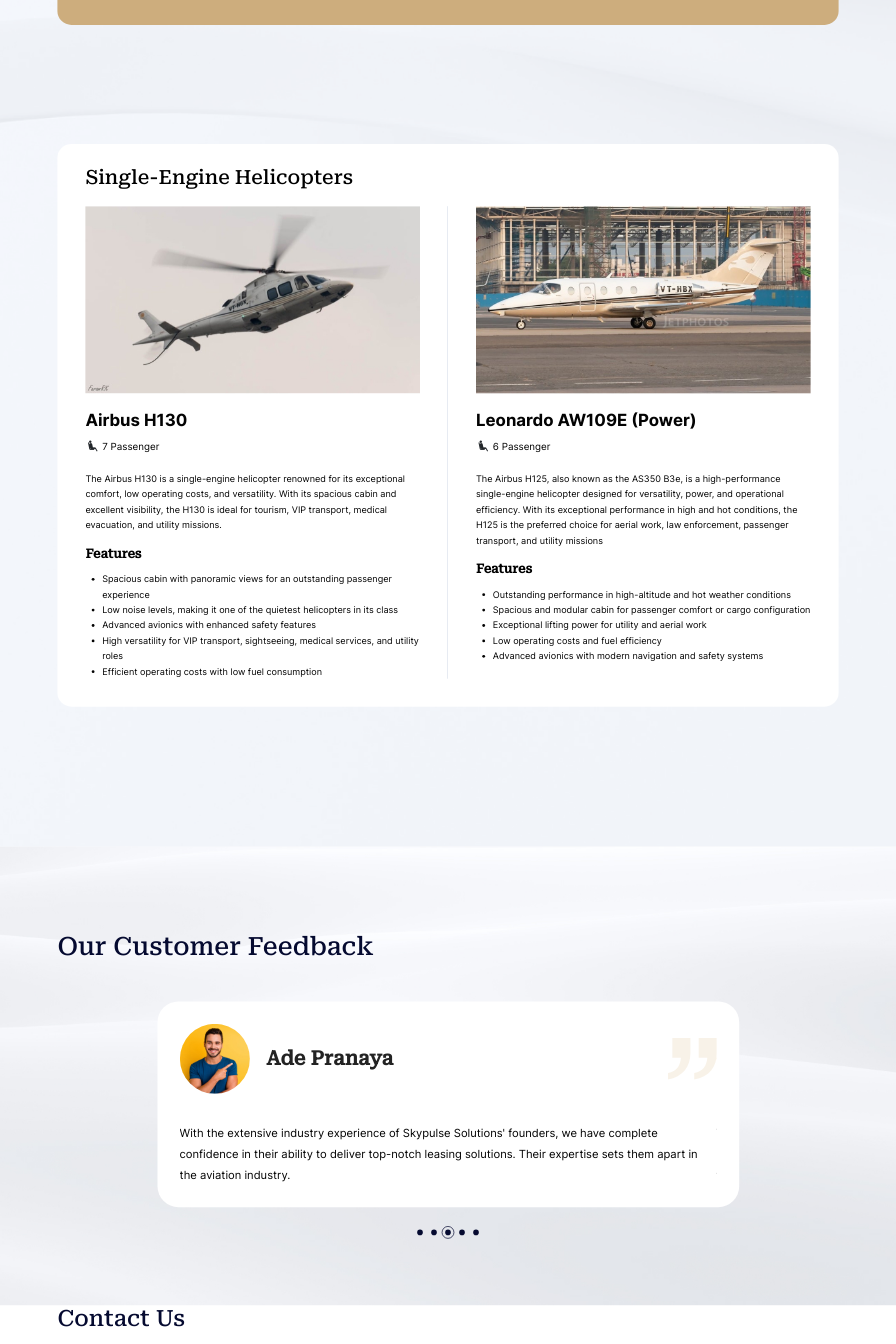
Repository: mangalravi/SkyPulse
Page: index.html
The author's editor kept a copy of each file at every save. The page is drawn from the files as they stood at one save, then again after a run of saves.
The browser window is 1280 px wide. The pictures show the part of the page from y = 4011 to 5931 px (the page is 5931 px tall), at 70% of full size.

Above is the page before, as saved 2024-12-30 14:19:10.

### index.html
<!DOCTYPE html>
<html lang="en">
  <head>
    <meta charset="UTF-8" />
    <meta name="viewport" content="width=device-width, initial-scale=1.0" />
    <title>SkyPluse</title>
    <link rel="icon" href="content/images/favicon.png" type="image/x-icon" />
    <link
      rel="stylesheet"
      type="text/css"
      href="content/bootstrap/css/bootstrap.min.css"
    />
    <link rel="stylesheet" type="text/css" href="content/css/font-family.css" />
    <link rel="stylesheet" type="text/css" href="content/css/Icon.css" />
    <link
      rel="stylesheet"
      type="text/css"
      href="content/lib/slick/css/slick.min.css"
    />
    <link rel="stylesheet" type="text/css" href="content/css/custom.css" />
  </head>
  <body>
    <header class="nvbrhdr position-fixed w-100">

      <nav class="navbar navbar-expand-lg bg-body-tertiary p-0">
        <div class="container-fluid container-lg">
          <a class="navbar-brand m-0 p-0" href="#">
            <img src="content/images/logo.png" alt="logo">
          </a>
          <button class="navbar-toggler" type="button" data-bs-toggle="collapse" data-bs-target="#navbarSupportedContent" aria-controls="navbarSupportedContent" aria-expanded="false" aria-label="Toggle navigation">
            <span class="navbar-toggler-icon"></span>
          </button>
          <div class="collapse navbar-collapse" id="navbarSupportedContent">
            <ul class="navbar-nav ms-auto mb-2 mb-lg-0">
              <li class="nav-item">
                <a class="nav-link active ps-0" aria-current="page" href="#">Home</a>
              </li>
              <li class="nav-item">
                <a class="nav-link" href="#">Who we are</a>
              </li>

              <li class="nav-item">
                <a class="nav-link" href="#">Our Services</a>
              </li>
              <li class="nav-item">
                <a class="nav-link" href="#">Our Fleets</a>
              </li>
              <li class="nav-item">
                <a class="nav-link" href="#">Testimonials</a>
              </li>

              <li class="nav-item">
                <a class="nav-link pe-0" href="#">Contact Us</a>
              </li>
            </ul>

          </div>
        </div>
      </nav>

    </header>
   <section class="top-banner">
    <div class="container">
      <div class="row justify-content-center">
        <div class="col-md-10">
          <div class="topcntnt text-center">
            <img src="content/images/airplane.png" alt="airplane">
            <h1 class="mb-2 fw-medium">Innovative Aerospace Solutions for a Better Tomorrow</h1>
            <p class="mb-2">We are committed to supporting clients from all sectors in achieving the fairness and success they deserve, delivering tailored aviation leasing solutions that meet their unique needs.</p>
            <span class="material-symbols-outlined">  arrow_forward_ios </span>
          </div>
        </div>
      </div>
    </div>
   </section>
   <section class="who-we-are">
    <div class="container">
      <div class="row justify-content-center gx-4">
        <div class="col-md-4">
<img src="content/images/who-we-are.png" alt="who">
          </div>
        <div class="col-md-8">
<h2 class="sec-head ">Who we are</h2>
<p class="sec-para mb-4">Skypulse Solutions is a
  dynamic start-up specializing in innovative aircraft leasing solutions
   for clients across India
  and globally.  Committed
   to reliability, efficiency, and exceptional
   customer service, we
   strive to become a
   trusted partner in
   delivering excellence
   within the aviation industry.</p>
   <p class="sec-para mb50">
    At Skypulse Solutions, our core values guide us. We prioritize integrity and transparency, embrace innovation for tailored solutions, and commit to excellence, collaboration, and sustainability to foster strong partnerships in aviation.
   </p>
   <div class="row">
    <div class="col-md-4">
      <img src="content/images/integrity.svg" alt="integrity" class="mb20">
      <h3 class="mb-2">Integrity</h3>
      <p class="mb-0">We uphold honesty and transparency in all our dealings.</p>
    </div>
    <div class="col-md-4">
      <img src="content/images/innovation.svg" alt="innovation" class="mb20">
      <h3 class="mb-2">Innovation</h3>
      <p class="mb-0">We embrace forward-thinking solutions to stay ahead in the aviation industry.</p>
    </div>
    <div class="col-md-4">
      <img src="content/images/customer-centricity.svg" alt="customer-centricity" class="mb20">
      <h3 class="mb-2">Customer Centricity</h3>
      <p class="mb-0">Our services are tailored to meet the unique needs of each client.</p>
    </div>
   </div>
          </div>
          </div>
          </div>
          </section>
          <section class="service">
            <div class="container">
              <h2 class="sec-head gold text-center">Our Key Services</h2>
              <div class="row">
                <div class="col-md-4 d-flex">
                  <div class="servicecntnt">
                    <img src="content/images/aircraft-leasing.jpg" alt="aircraft-leasing">
                    <div class="p-4">
                    <h3>Aircraft Leasing</h3>
                    <p class="m-0">Skypulse Solutions provides a wide array of aircraft leasing options, including dry leases, short-term and long-term contracts, and fully customized leasing solutions tailored to the specific needs of our clients.</p>
                    </div>
                  </div>
                </div>
                <div class="col-md-4 d-flex">
                  <div class="servicecntnt">
                    <img src="content/images/Fleet-Management.jpg" alt="Fleet-Management">
                    <div class="p-4">
                    <h3>Fleet Management</h3>
                    <p class="m-0">Our skilled team offers comprehensive fleet management services, covering maintenance oversight, operational support, and lease administration to ensure maximum efficiency and performance throughout the leasing term.</p>
                    </div>
                  </div>
                </div>
                <div class="col-md-4 d-flex">
                  <div class="servicecntnt">
                    <img src="content/images/consulting-services.jpg" alt="Consulting-Services">
                    <div class="p-4">
                    <h3>Consulting Services</h3>
                    <p class="m-0">Skypulse Solutions delivers strategic consulting services, helping clients optimize their aviation operations, identify growth opportunities, and navigate regulatory requirements to enhance profitability and achieve long-term success.</p>
                    </div>
                  </div>
                </div>

              </div>
            </div>
          </section>
          <section class="fleets">
            <div class="container">
              <h2 class="sec-head text-center">Our Fleets</h2>
              <div class="fixed-wing mb170 position-relative">
                <h3 class="position-absolute bg-white m-0">Fixed Wing</h3>
                <div class="fixwingcontainer bg-white mncntnr">
                  <div class="row gx40">
                    <div class="col-md-6">
                      <div class="inner bdrrgt position-relative">
                        <img src="content/images/fixed-wing-1.jpg" alt="fixed-wing-1" class="mb20">
                        <p class="cardhd mb-1 fw-bold">Beechcraft King Air 350</p>
                        <div class="d-flex mb20 align-items-center">
                          <span class="material-symbols-outlined">
                            airline_seat_recline_extra
                            </span>
                            <p class="mb-0 ms-1">8 Passenger</p>
                        </div>
                        <p class="mb-0">The Beechcraft King Air 350 is a versatile twin-turboprop aircraft renowned for its superior performance, reliability, and luxurious cabin. Perfect for business travel, medical evacuation, and cargo transport, the King Air 350 delivers unmatched operational efficiency and comfort.</p>
                      </div>
                    </div>
                    <div class="col-md-6">
                      <div class="inner">
                        <img src="content/images/fixed-wing-2.jpg" alt="fixed-wing-2" class="mb20">
                        <p class="cardhd mb-1 fw-bold">Hawker 400</p>
                        <div class="d-flex mb20 align-items-center">
                          <span class="material-symbols-outlined">
                            airline_seat_recline_extra
                            </span>
                            <p class="mb-0 ms-1">8 Passenger</p>
                        </div>
                        <p class="mb-0">The Hawker 400 is a light business jet renowned for its exceptional speed, comfort, and efficiency. Ideal for short to mid-range trips, the Hawker 400 combines sleek design with reliable performance, offering an excellent travel solution for executives and private travelers.</p>
                      </div>
                    </div>
                  </div>
                </div>
              </div>
              <div class="fixed-wing mb170 position-relative">
                <h3 class="position-absolute bg-gold m-0">Twin-Engine Helicopters</h3>
                <div class="fixwingcontainer bg-gold mncntnr">
                  <div class="row gx40">
                    <div class="col-md-6">
                      <div class="inner bdrrgt bdrgold position-relative">
                        <img src="content/images/twin-engine-helicopters-1.jpg" alt="twin-1" class="mb20">
                        <p class="cardhd mb-1 fw-bold">Leonardo AW109S (Grand)</p>
                        <div class="d-flex mb20 align-items-center">
                          <span class="material-symbols-outlined">
                            airline_seat_recline_extra
                            </span>
                            <p class="mb-0 ms-1">6 Passenger</p>
                        </div>
                        <p class="mb-0">The Leonardo AW109S Grand is a premium light twin-engine helicopter designed for superior performance, comfort, and style. Widely used for executive transport, medical evacuation, and VIP services, the AW109S delivers outstanding speed, range, and operational versatility.</p>
                      </div>
                    </div>
                    <div class="col-md-6">
                      <div class="inner">
                        <img src="content/images/fixed-wing-2.jpg" alt="fixed-wing-2" class="mb20">
                        <p class="cardhd mb-1 fw-bold">Leonardo AW109E (Power)</p>
                        <div class="d-flex mb20 align-items-center">
                          <span class="material-symbols-outlined">
                            airline_seat_recline_extra
                            </span>
                            <p class="mb-0 ms-1">6 Passenger</p>
                        </div>
                        <p class="mb-0">The Leonardo AW109E Power is a versatile, light twin-engine helicopter celebrated for its high performance, speed, and multi-mission capability. Known for its reliability and advanced technology, it is ideal for VIP transport, emergency medical services, and utility operations.</p>
                      </div>
                    </div>
                  </div>
                </div>
              </div>
              <div class="fixed-wing mb80 position-relative">
                <div class="fixwingcontainer bg-white mncntnr lastcard">
                  <h3 class="mb20 rounded-0 p-0">Single-Engine Helicopters</h3>
                  <div class="row gx40">
                    <div class="col-md-6">
                      <div class="inner bdrrgt position-relative">
                        <img src="content/images/twin-engine-helicopters-1.jpg" alt="twin-1" class="mb20 rounded-0">
                        <p class="cardhd mb-1 fw-bold">Airbus H130</p>
                        <div class="d-flex mb20 align-items-center">
                          <span class="material-symbols-outlined">
                            airline_seat_recline_extra
                            </span>
                            <p class="mb-0 ms-1">7 Passenger</p>
                        </div>
                        <p>The Airbus H130 is a single-engine helicopter renowned for its exceptional comfort, low operating costs, and versatility. With its spacious cabin and excellent visibility, the H130 is ideal for tourism, VIP transport, medical evacuation, and utility missions.</p>
                        <h5 class="fw-bold">Features</h5>
                        <ul class="mb-0 ps-4">
                          <li>Spacious cabin with panoramic views for an outstanding passenger experience</li>
                          <li>Low noise levels, making it one of the quietest helicopters in its class</li>
                          <li>Advanced avionics with enhanced safety features</li>
                          <li>High versatility for VIP transport, sightseeing, medical services, and utility roles</li>
                          <li>Efficient operating costs with low fuel consumption</li>
                        </ul>
                       </div>
                    </div>
                    <div class="col-md-6">
                      <div class="inner">
                        <img src="content/images/fixed-wing-2.jpg" alt="fixed-wing-2" class="mb20 rounded-0">
                        <p class="cardhd mb-1 fw-bold">Leonardo AW109E (Power)</p>
                        <div class="d-flex mb20 align-items-center">
                          <span class="material-symbols-outlined">
                            airline_seat_recline_extra
                            </span>
                            <p class="mb-0 ms-1">6 Passenger</p>
                        </div>
                        <p>The Airbus H125, also known as the AS350 B3e, is a high-performance single-engine helicopter designed for versatility, power, and operational efficiency. With its exceptional performance in high and hot conditions, the H125 is the preferred choice for aerial work, law enforcement, passenger transport, and utility missions</p>
                        <h5 class="fw-bold">Features</h5>
                        <ul class="mb-0 ps-4">
                          <li>Outstanding performance in high-altitude and hot weather conditions</li>
                          <li>Spacious and modular cabin for passenger comfort or cargo configuration</li>
                          <li>Exceptional lifting power for utility and aerial work</li>
                          <li>Low operating costs and fuel efficiency</li>
                          <li>Advanced avionics with modern navigation and safety systems</li>
                        </ul>
                       </div>
                    </div>
                  </div>
                </div>
              </div>
            </div>
          </section>
          <section class="customer pb140">
            <div class="container">
              <h2 class="sec-head">Our Customer Feedback</h2>
              <div class="row justify-content-center">
                <div class="col-md-9">
                  <div class="slick-slider bg-white p32">
                    <div class="slidercntnt">
                      <div class="d-flex justify-content-between align-items-center mb40">
                        <div class="d-flex align-items-center">
                          <img src="content/images/user.jpg" alt="user" class="rounded-circle">
                          <h3 class="name mb-0 ms-4 fw-bold">Ade Pranaya</h3>
                        </div>
                        <img src="content/images/quote.svg" alt="quote">
                      </div>
                      <p class="m-0">With the extensive industry experience of Skypulse Solutions' founders, we have complete confidence in their ability to deliver top-notch leasing solutions. Their expertise sets them apart in the aviation industry.</p>
                    </div>
                    <div class="slidercntnt">
                      <div class="d-flex justify-content-between align-items-center mb40">
                        <div class="d-flex align-items-center">
                          <img src="content/images/user.jpg" alt="user" class="rounded-circle">
                          <h3 class="name mb-0 ms-4 fw-bold">Ade Pranaya</h3>
                        </div>
                        <img src="content/images/quote.svg" alt="quote">
                      </div>
                      <p class="m-0">With the extensive industry experience of Skypulse Solutions' founders, we have complete confidence in their ability to deliver top-notch leasing solutions. Their expertise sets them apart in the aviation industry.</p>
                    </div>
                    <div class="slidercntnt">
                      <div class="d-flex justify-content-between align-items-center mb40">
                        <div class="d-flex align-items-center">
                          <img src="content/images/user.jpg" alt="user" class="rounded-circle">
                          <h3 class="name mb-0 ms-4 fw-bold">Ade Pranaya</h3>
                        </div>
                        <img src="content/images/quote.svg" alt="quote">
                      </div>
                      <p class="m-0">With the extensive industry experience of Skypulse Solutions' founders, we have complete confidence in their ability to deliver top-notch leasing solutions. Their expertise sets them apart in the aviation industry.</p>
                    </div>
                    <div class="slidercntnt">
                      <div class="d-flex justify-content-between align-items-center mb40">
                        <div class="d-flex align-items-center">
                          <img src="content/images/user.jpg" alt="user" class="rounded-circle">
                          <h3 class="name mb-0 ms-4 fw-bold">Ade Pranaya</h3>
                        </div>
                        <img src="content/images/quote.svg" alt="quote">
                      </div>
                      <p class="m-0">With the extensive industry experience of Skypulse Solutions' founders, we have complete confidence in their ability to deliver top-notch leasing solutions. Their expertise sets them apart in the aviation industry.</p>
                    </div>
                    <div class="slidercntnt">
                      <div class="d-flex justify-content-between align-items-center mb40">
                        <div class="d-flex align-items-center">
                          <img src="content/images/user.jpg" alt="user" class="rounded-circle">
                          <h3 class="name mb-0 ms-4 fw-bold">Ade Pranaya</h3>
                        </div>
                        <img src="content/images/quote.svg" alt="quote">
                      </div>
                      <p class="m-0">With the extensive industry experience of Skypulse Solutions' founders, we have complete confidence in their ability to deliver top-notch leasing solutions. Their expertise sets them apart in the aviation industry.</p>
                    </div>

                  </div>
                </div>
              </div>
            </div>
          </section>
          <footer>
            <div class="container">
              <div class="row">
                <div class="col-md-5">
                  <h2 class="sechead ">Contact Us</h2>
                </div>
                <div class="col-md-7"></div>
              </div>
            </div>
          </footer>
    <script src="content/js/jquery.min.js"></script>
  <script src="content/bootstrap/js/bootstrap.bundle.min.js"></script>
    <script src="content/lib/slick/js/slick.min.js"></script>
    <script src="content/js/custom.js"></script>
  </body>
</html>

### content/css/font-family.css
/* Inter Family */

@font-face {
  font-family: "Inter";
  font-style: normal;
  font-weight: 400;
  src: url("../fonts/Inter/Inter-Regular.ttf") format("truetype");
  font-display: swap;
}

@font-face {
  font-family: "Inter";
  font-style: normal;
  font-weight: 500;
  src: url("../fonts/Inter/Inter-Medium.ttf") format("truetype");
  font-display: swap;
}
@font-face {
  font-family: "Inter";
  font-style: normal;
  font-weight: 700;
  src: url("../fonts/Inter/Inter-Bold.ttf") format("truetype");
  font-display: swap;
}

/* Roboto Serif Family */

@font-face {
  font-family: "RobotoSerif";
  font-style: normal;
  font-weight: 400;
  src: url("../fonts/Roboto-Serif/RobotoSerif-Regular.ttf") format("truetype");
  font-display: swap;
}

@font-face {
  font-family: "RobotoSerif";
  font-style: normal;
  font-weight: 500;
  src: url("../fonts/Roboto-Serif/RobotoSerif-Medium.ttf") format("truetype");
  font-display: swap;
}

### content/lib/slick/css/slick.min.css
/**
 * Minified by jsDelivr using clean-css v4.2.0.
 * Original file: /npm/slick-carousel@1.8.1/slick/slick.css
 *
 * Do NOT use SRI with dynamically generated files! More information: https://www.jsdelivr.com/using-sri-with-dynamic-files
 */
 .slick-slider{position:relative;display:block;box-sizing:border-box;-webkit-user-select:none;-moz-user-select:none;-ms-user-select:none;user-select:none;-webkit-touch-callout:none;-khtml-user-select:none;-ms-touch-action:pan-y;touch-action:pan-y;-webkit-tap-highlight-color:transparent}.slick-list{position:relative;display:block;overflow:hidden;margin:0;padding:0}.slick-list:focus{outline:0}.slick-list.dragging{cursor:pointer;cursor:hand}.slick-slider .slick-list,.slick-slider .slick-track{-webkit-transform:translate3d(0,0,0);-moz-transform:translate3d(0,0,0);-ms-transform:translate3d(0,0,0);-o-transform:translate3d(0,0,0);transform:translate3d(0,0,0)}.slick-track{position:relative;top:0;left:0;display:block;margin-left:auto;margin-right:auto}.slick-track:after,.slick-track:before{display:table;content:''}.slick-track:after{clear:both}.slick-loading .slick-track{visibility:hidden}.slick-slide{display:none;float:left;height:100%;min-height:1px}[dir=rtl] .slick-slide{float:right}.slick-slide img{display:block}.slick-slide.slick-loading img{display:none}.slick-slide.dragging img{pointer-events:none}.slick-initialized .slick-slide{display:block}.slick-loading .slick-slide{visibility:hidden}.slick-vertical .slick-slide{display:block;height:auto;border:1px solid transparent}.slick-arrow.slick-hidden{display:none}
 /*# sourceMappingURL=/sm/fb3ed351cd5c0f1f30f88778ee1f9b056598e6d25ac4fdcab1eebcd8be521cd9.map */

Loaded but not shown: content/bootstrap/css/bootstrap.min.css (library); content/js/jquery.min.js (library); content/bootstrap/js/bootstrap.bundle.min.js (library); content/lib/slick/js/slick.min.js (library); content/js/custom.js (14 lines, source omitted); content/css/custom.css (302 lines, source omitted); content/css/Icon.css (70 lines, source omitted)

After the next 2 saves:
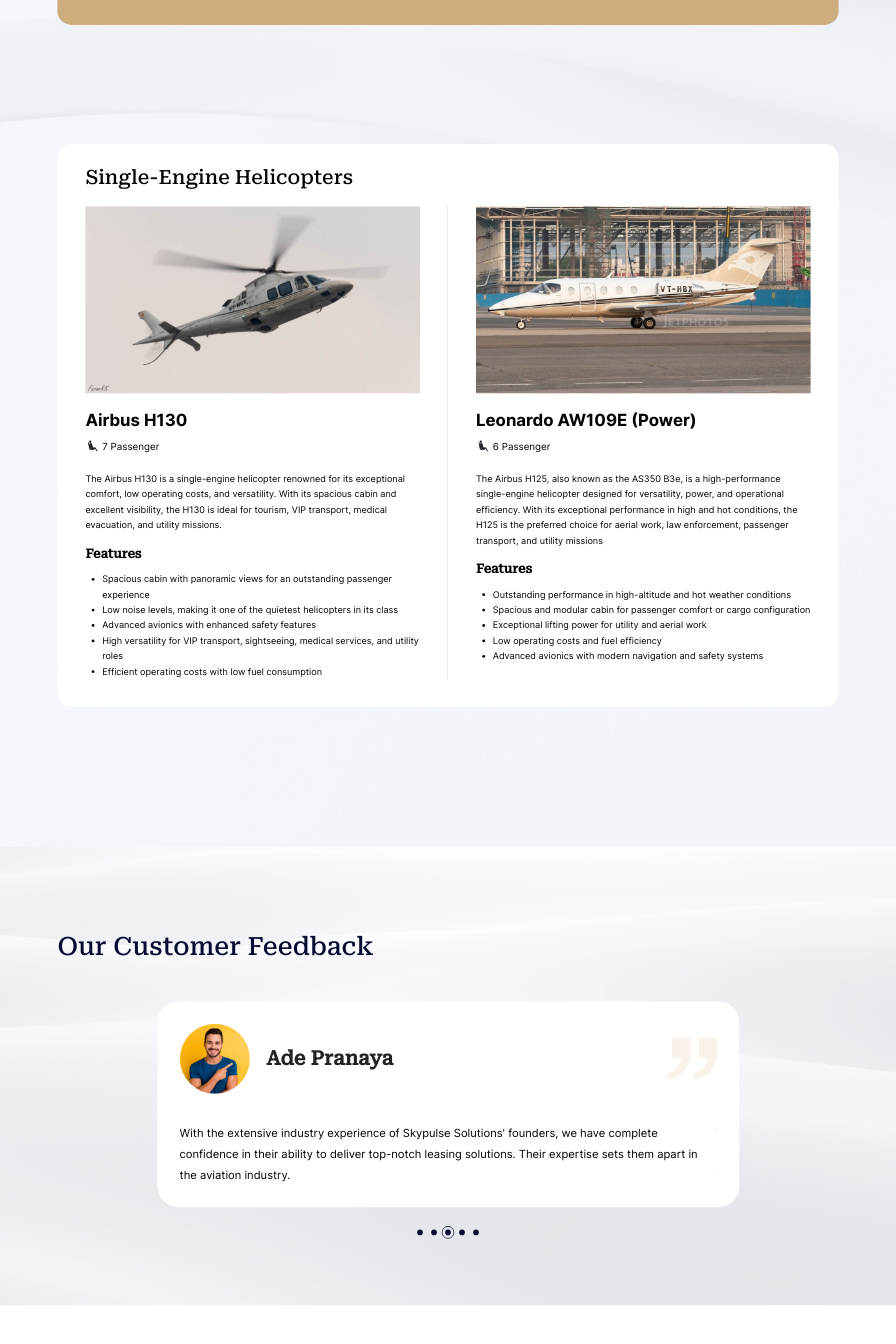
The 2 saves are shown as one change because they came seconds apart.
The last was saved 6 s later.
--- a/index.html
+++ b/index.html
@@ -336,7 +336,7 @@
             <div class="container">
               <div class="row">
                 <div class="col-md-5">
-                  <h2 class="sechead ">Contact Us</h2>
+                  <h2 class="sechead text-white">Contact Us</h2>
                 </div>
                 <div class="col-md-7"></div>
               </div>
